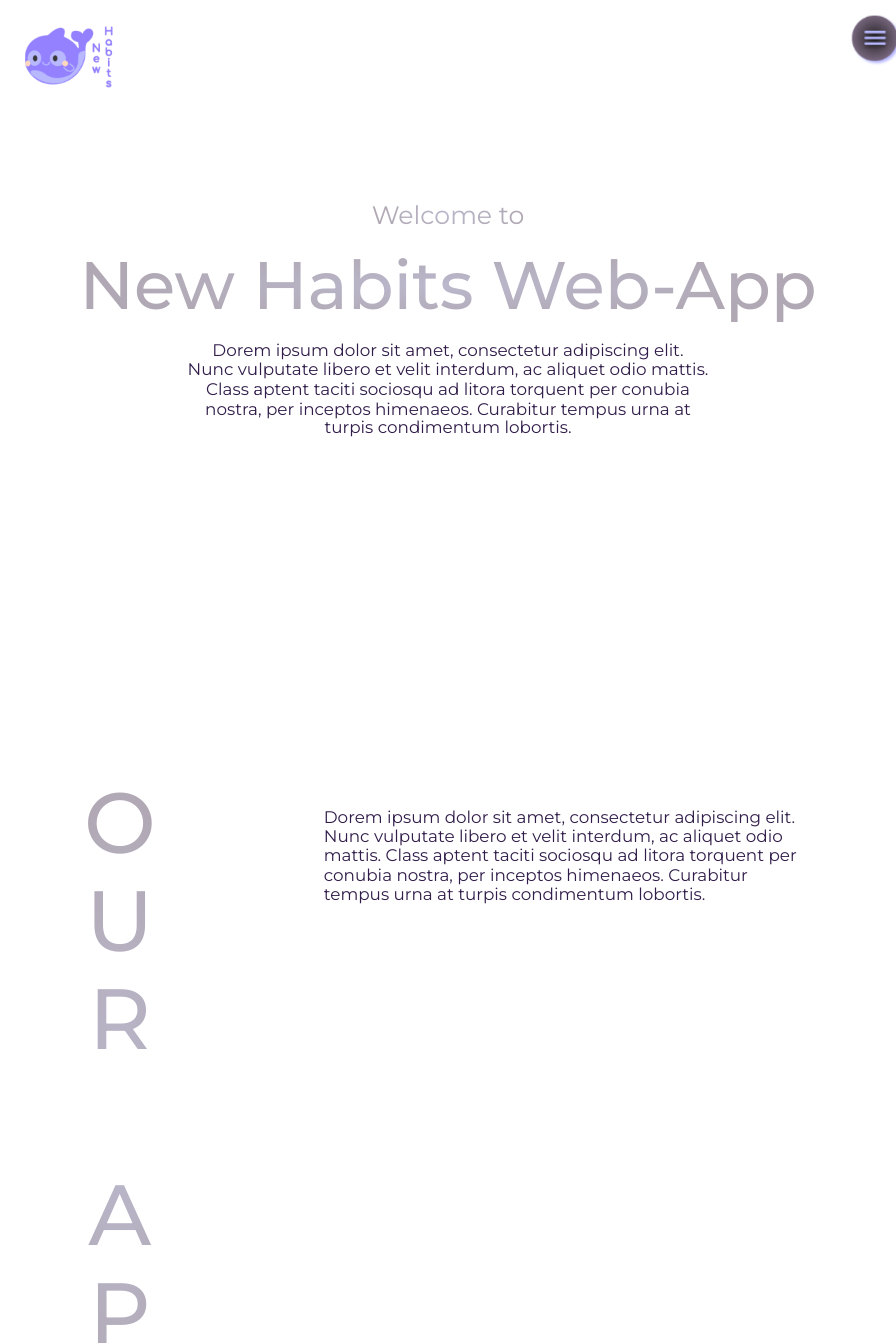
Repository: sierralaurent/Styleguide-Big_Project
Page: visuals.html
An editor plug-in stored every save of this project. The page is shown before and after the next save, followed by the edit.
The browser window is 1280 px wide. The pictures show the part of the page from y = 0 to 1920 px (the page is 3649 px tall), at 70% of full size.
Some web fonts or font styles are not loaded; a fallback is used.

Above is the page before, as saved 2023-03-10 12:57:39.

After the next save:
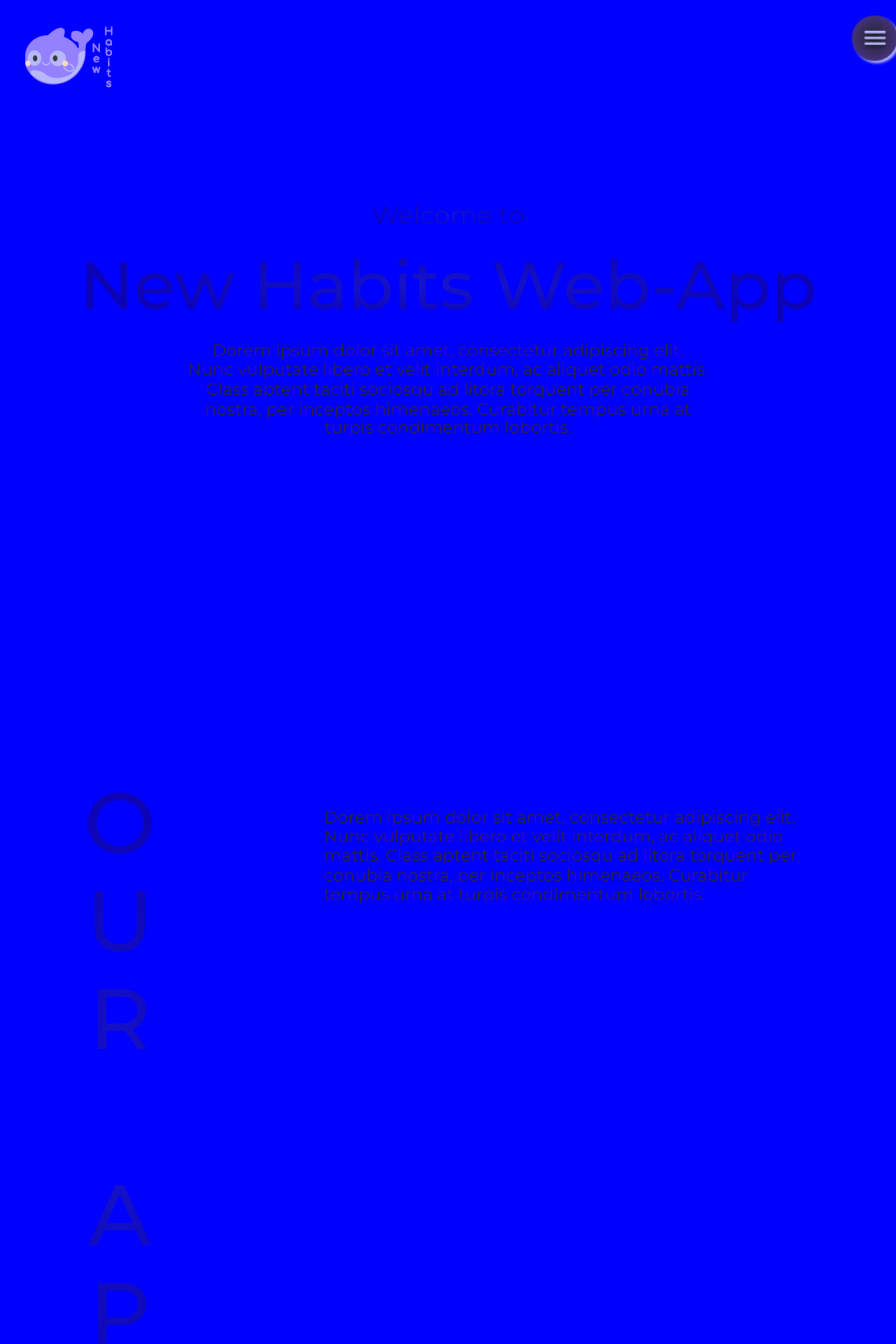
Saved 24 s later.
--- a/visuals.css
+++ b/visuals.css
@@ -23,7 +23,7 @@
     letter-spacing: normal;
     line-height: 1.15;
     color: var(--black);
-    background-color: var(--creme);
+    background-color: blue;
   }
 
   .home-container {

After the save that followed:
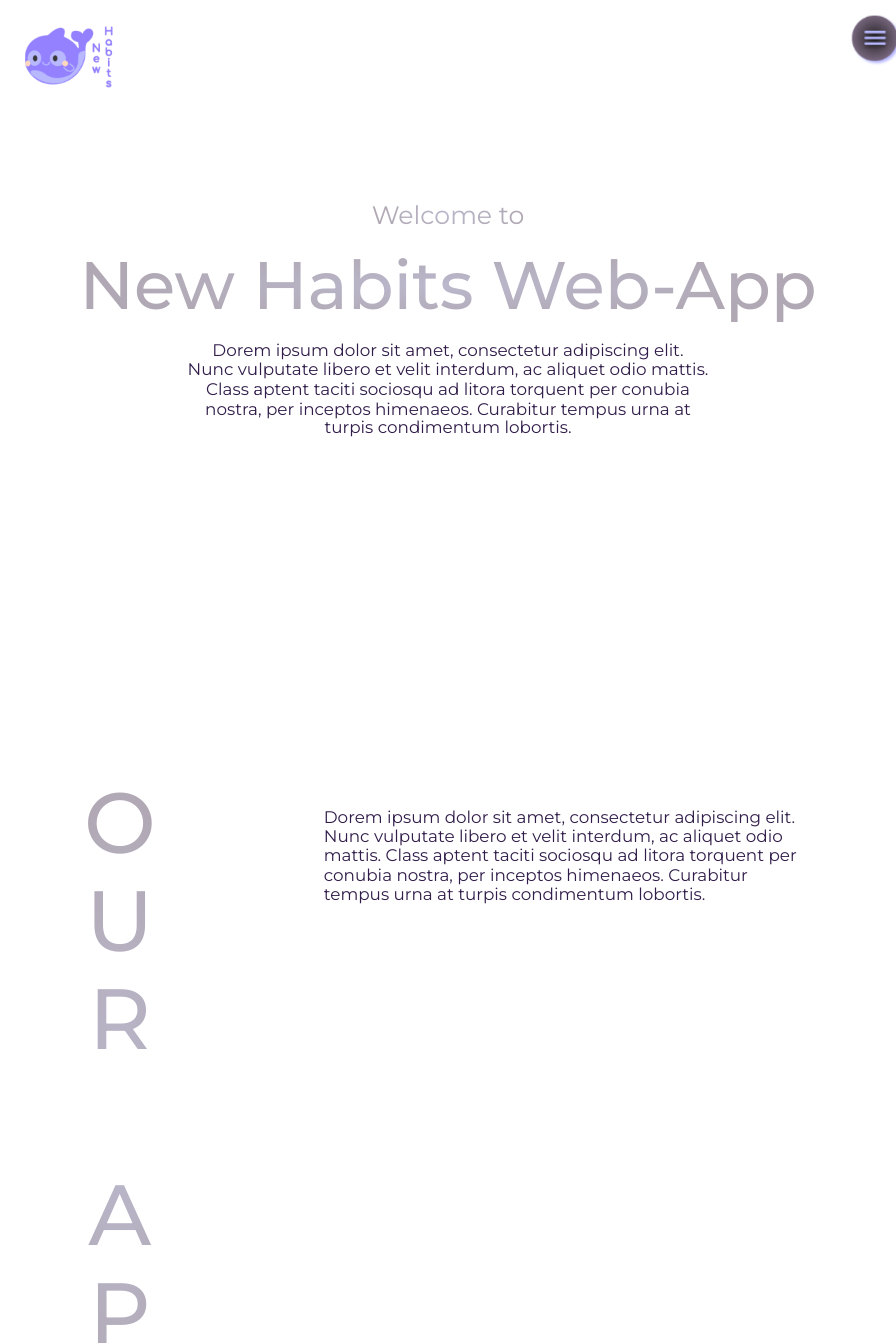
Saved 5 s later.
--- a/visuals.css
+++ b/visuals.css
@@ -23,7 +23,7 @@
     letter-spacing: normal;
     line-height: 1.15;
     color: var(--black);
-    background-color: blue;
+    background-color: var(--creme);
   }
 
   .home-container {
